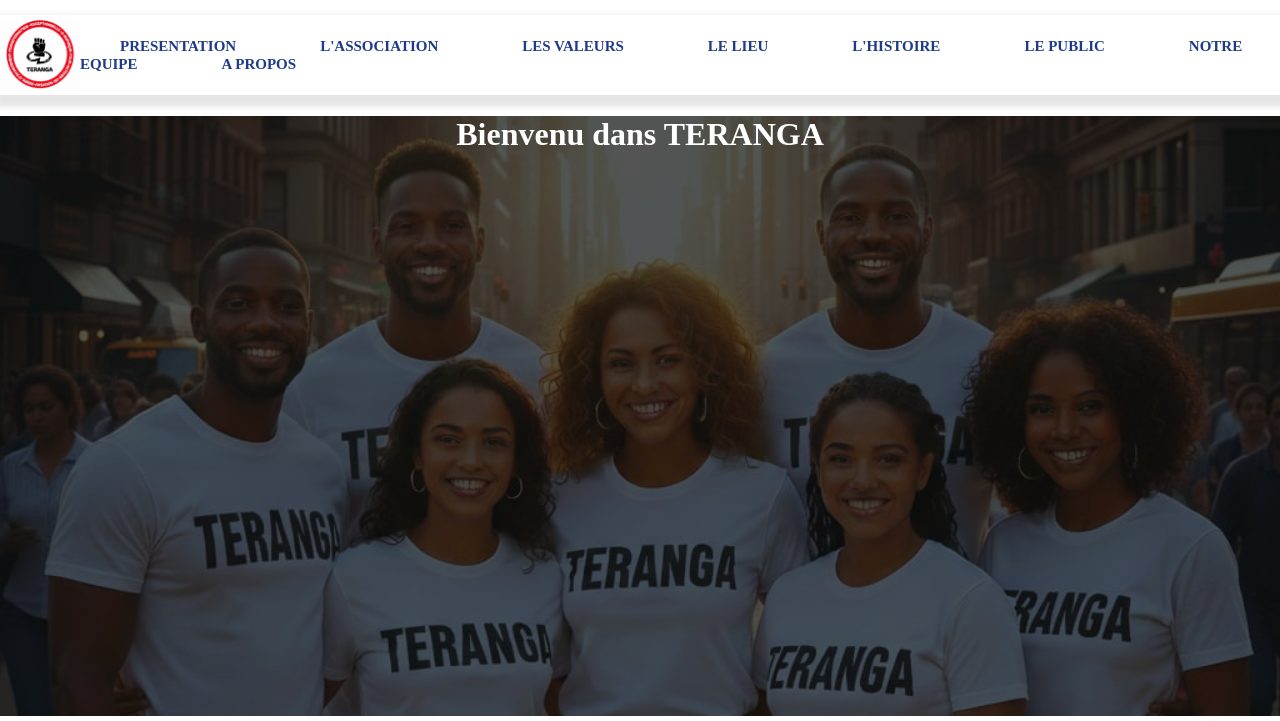
Repository: assanendao171/projet-teranga
Page: presentation.html
The author's editor kept a copy of each file at every save. The page is drawn from the files as they stood at one save, then again after the next save.
The browser window is 1280 px wide. The pictures show the whole page.

Above is the page before, as saved 2026-02-11 12:14:15.

After the next save:
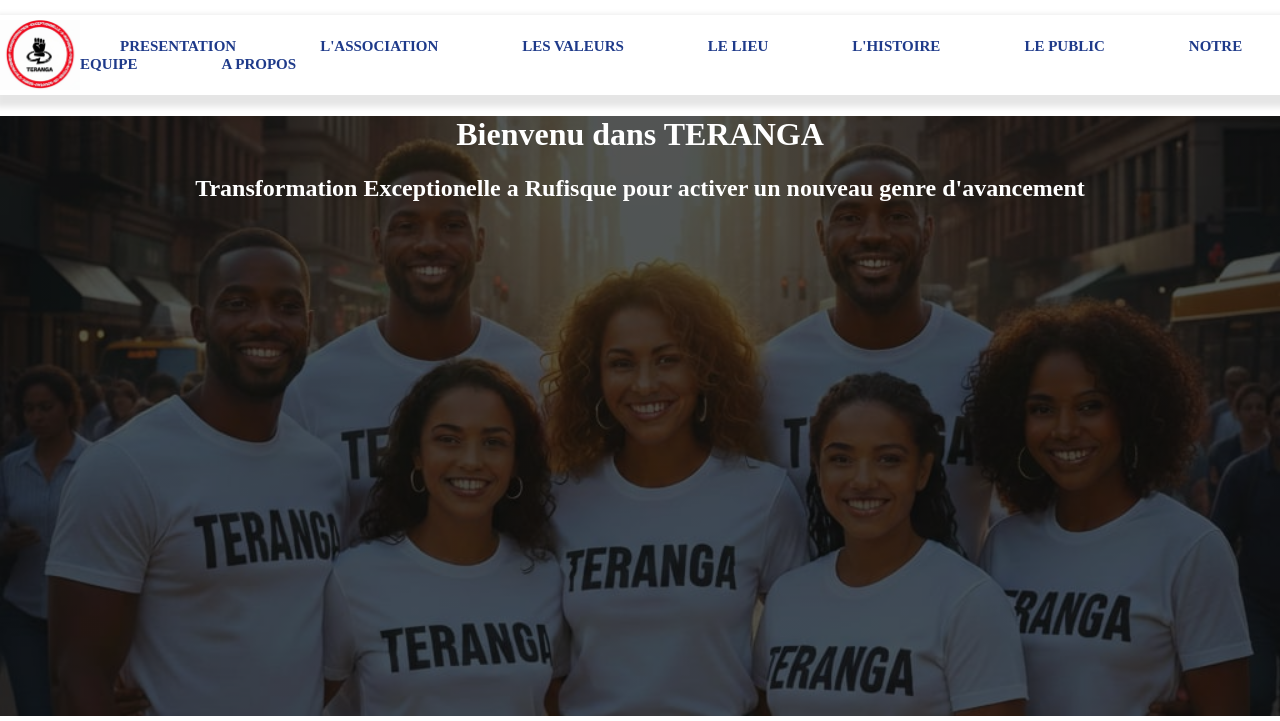
Saved 6 s later.
--- a/presentation.html
+++ b/presentation.html
@@ -30,7 +30,7 @@
   <div class="hero">
 <div class="texte-accrosse">
     <h1>Bienvenu dans TERANGA</h1>
-    <!-- <h2>Transformation Exceptionelle a Rufisque pour activer un nouveau genre d'avancement </h2> -->
+    <h2>Transformation Exceptionelle a Rufisque pour activer un nouveau genre d'avancement </h2>
 </div>
   </div>
  <!-- le corps -->
